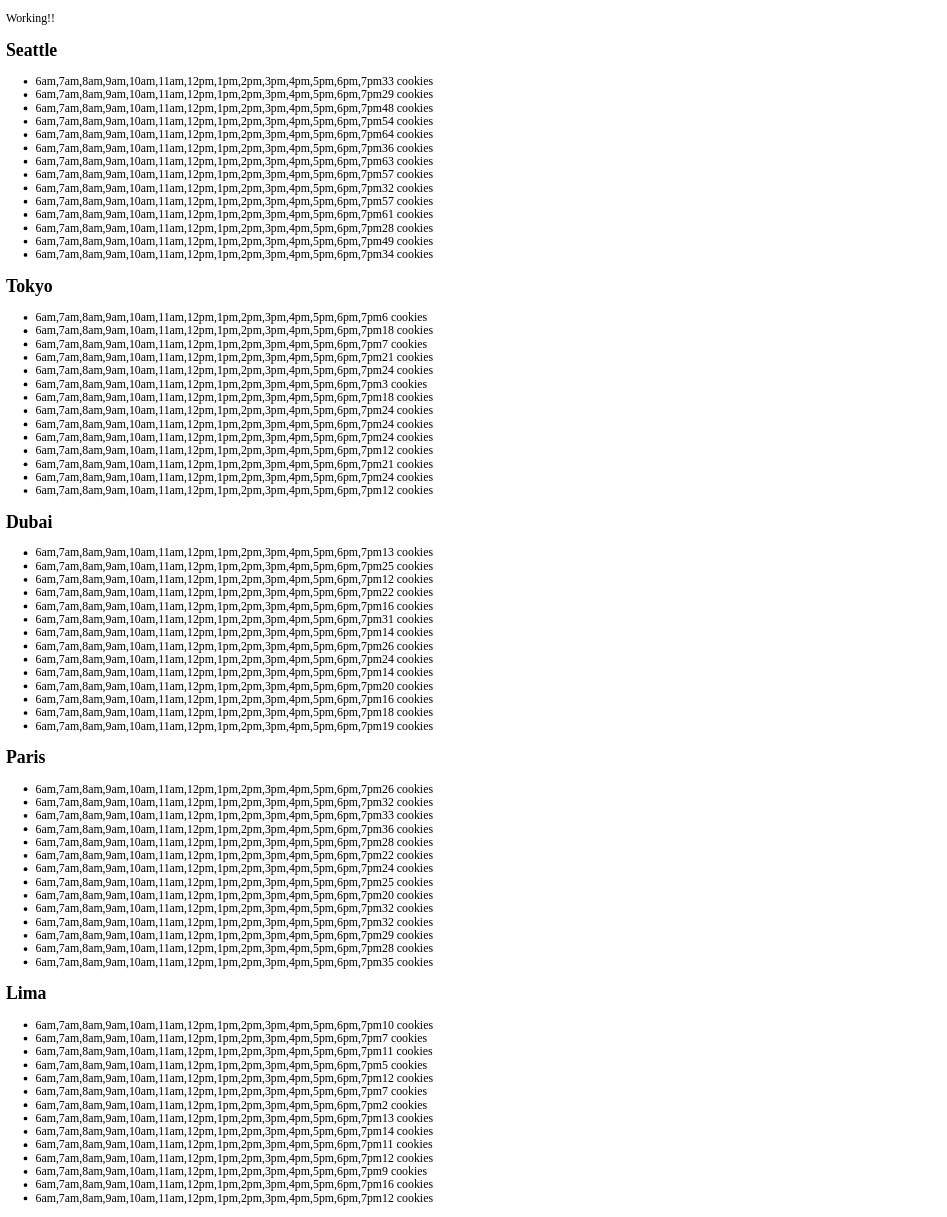
Repository: aaron1986/cookie_stand
Page: sales.html
An editor plug-in stored every save of this project. The page is shown before and after the next save, followed by the edit.
The browser window is 1280 px wide. The pictures show the whole page, at 74% of full size.

Above is the page before, as saved 2023-09-26 08:34:01.

After the next save:
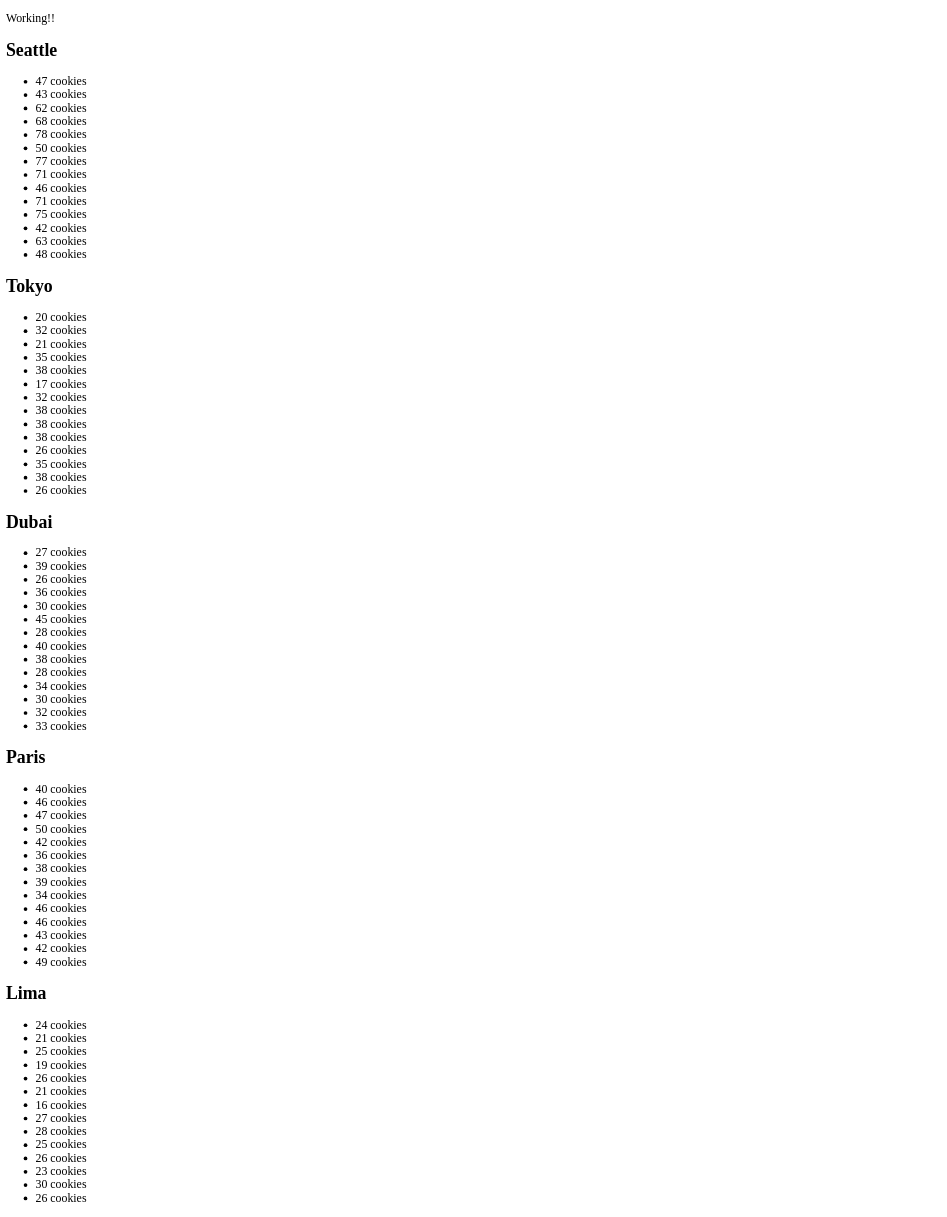
Saved 37 s later.
--- a/app.js
+++ b/app.js
@@ -186,7 +186,7 @@
     const ul = document.createElement("ul");
     for(let i = 0; i < locationData.customersPerHour.length; i++) {
         const li = document.createElement("li");
-        li.textContent = Hours + locationData.customersPerHour[i] + " cookies";
+        li.textContent = Hours.length + locationData.customersPerHour[i] + " cookies";
         ul.appendChild(li);
     }
 

After the save that followed:
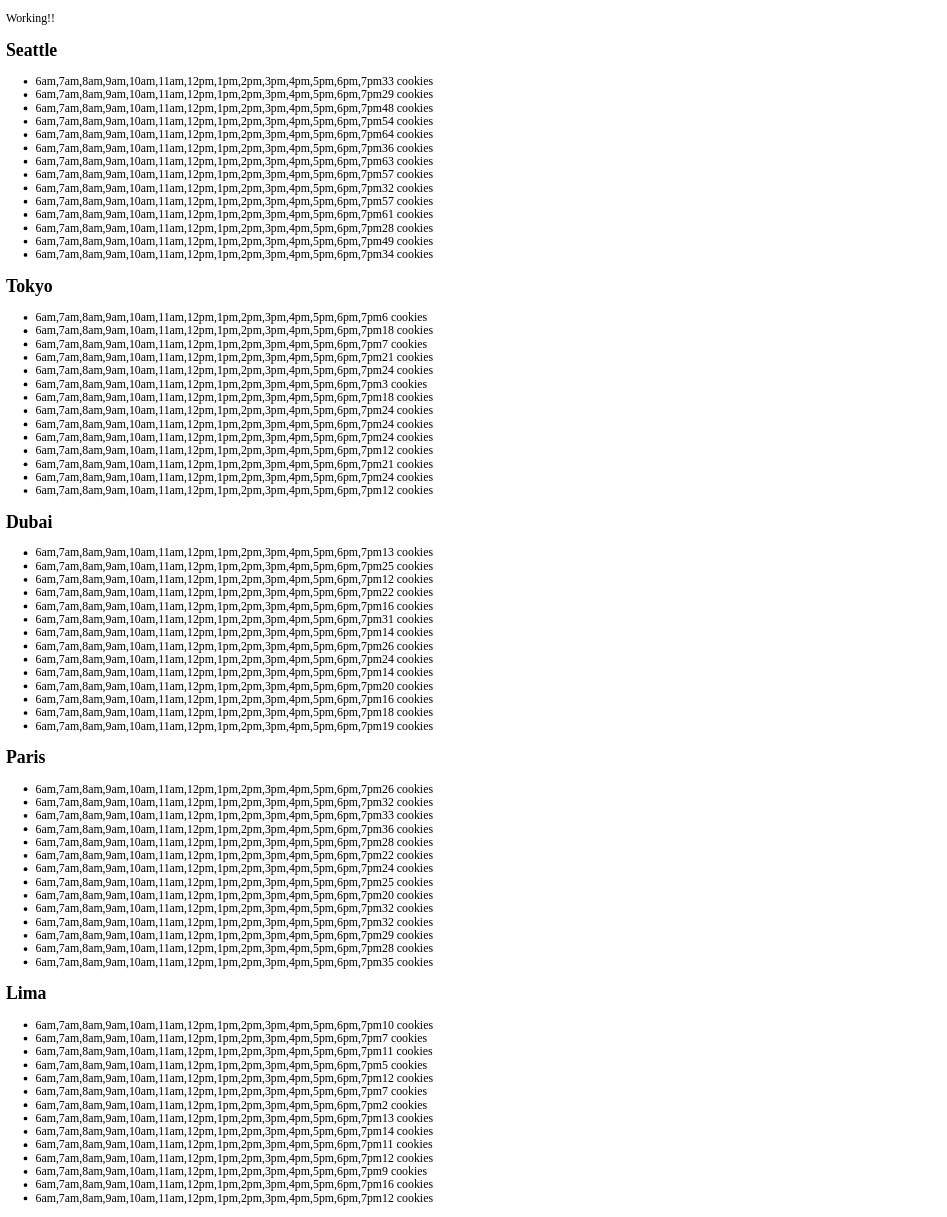
Saved 28 s later.
--- a/app.js
+++ b/app.js
@@ -186,7 +186,7 @@
     const ul = document.createElement("ul");
     for(let i = 0; i < locationData.customersPerHour.length; i++) {
         const li = document.createElement("li");
-        li.textContent = Hours.length + locationData.customersPerHour[i] + " cookies";
+        li.textContent = Hours + locationData.customersPerHour[i] + " cookies";
         ul.appendChild(li);
     }
 
